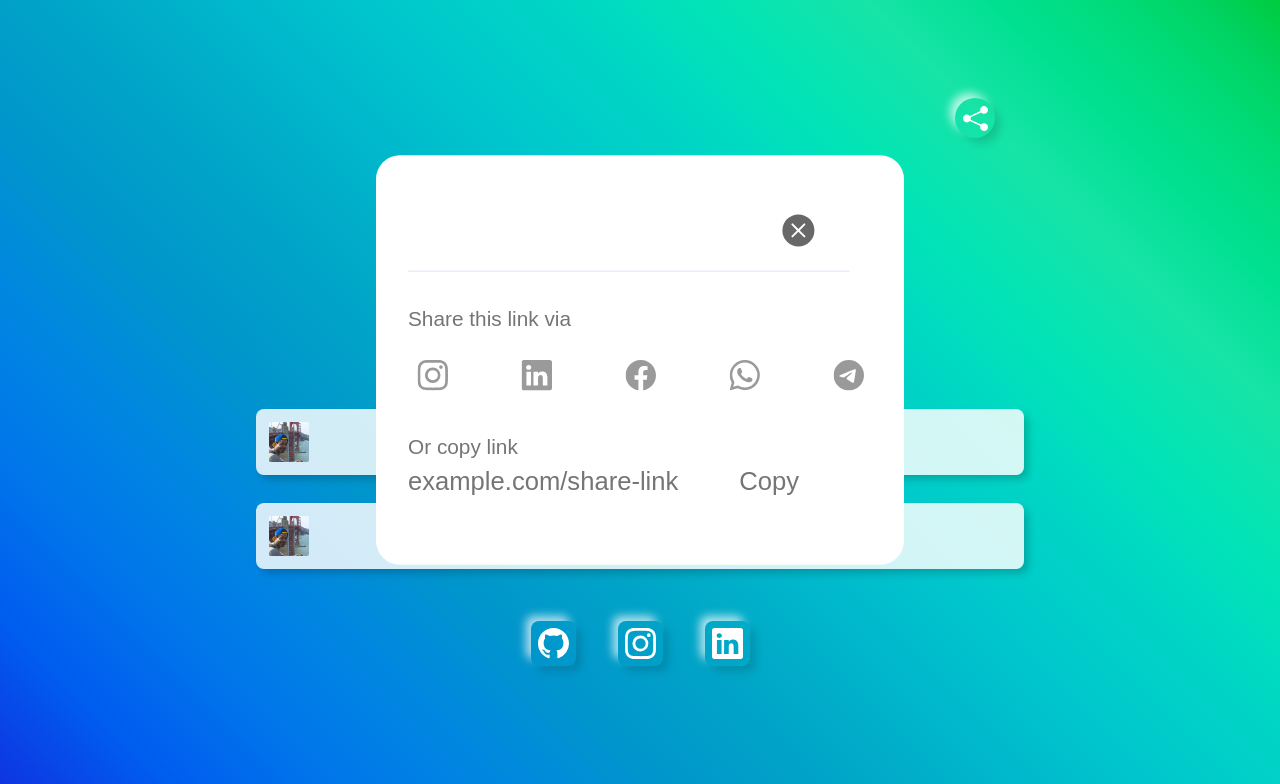
Repository: MateLaDBrouille97/linktree
Page: /
The author's editor kept a copy of each file at every save. The page is drawn from the files as they stood at one save, then again after the next save.
The browser window is 1280 px wide. The pictures show the whole page.
The project was rebuilt for these pictures with package versions that can differ from the ones it lists, and the page was loaded fresh each time. The framework's server and built-in components were replaced by stand-ins that run in the browser. Also part of the build but not shown: next.config.js, styles/Home.module.css, styles/scrollup.css.

Above is the page before, as saved 2023-01-24 00:46:28.

After the next save:
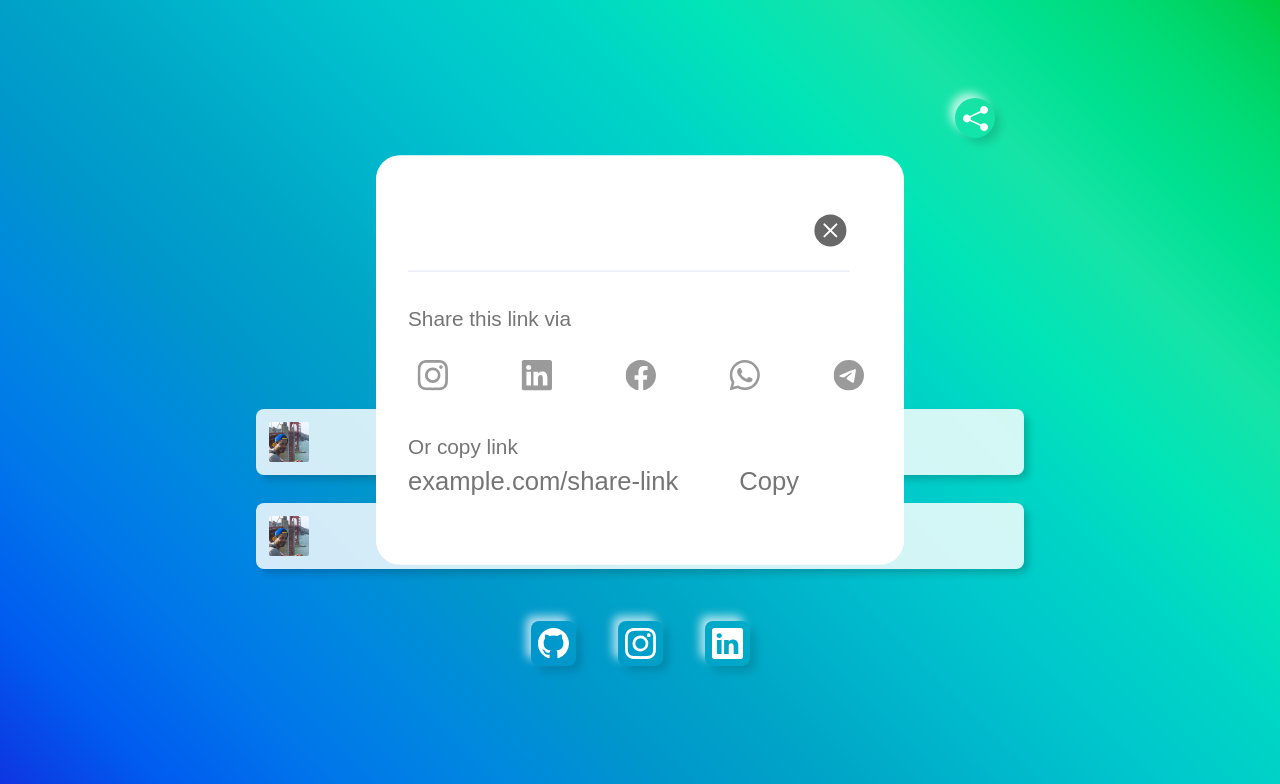
Saved 8 s later.
--- a/styles/share.css
+++ b/styles/share.css
@@ -135,7 +135,7 @@ header .close {
 .close .bi-x{
   border-radius: 15px;
   background-color:#696868;
-  margin-right: 10px;
+  margin-right: -10px;
 }
 
 .icons a {
